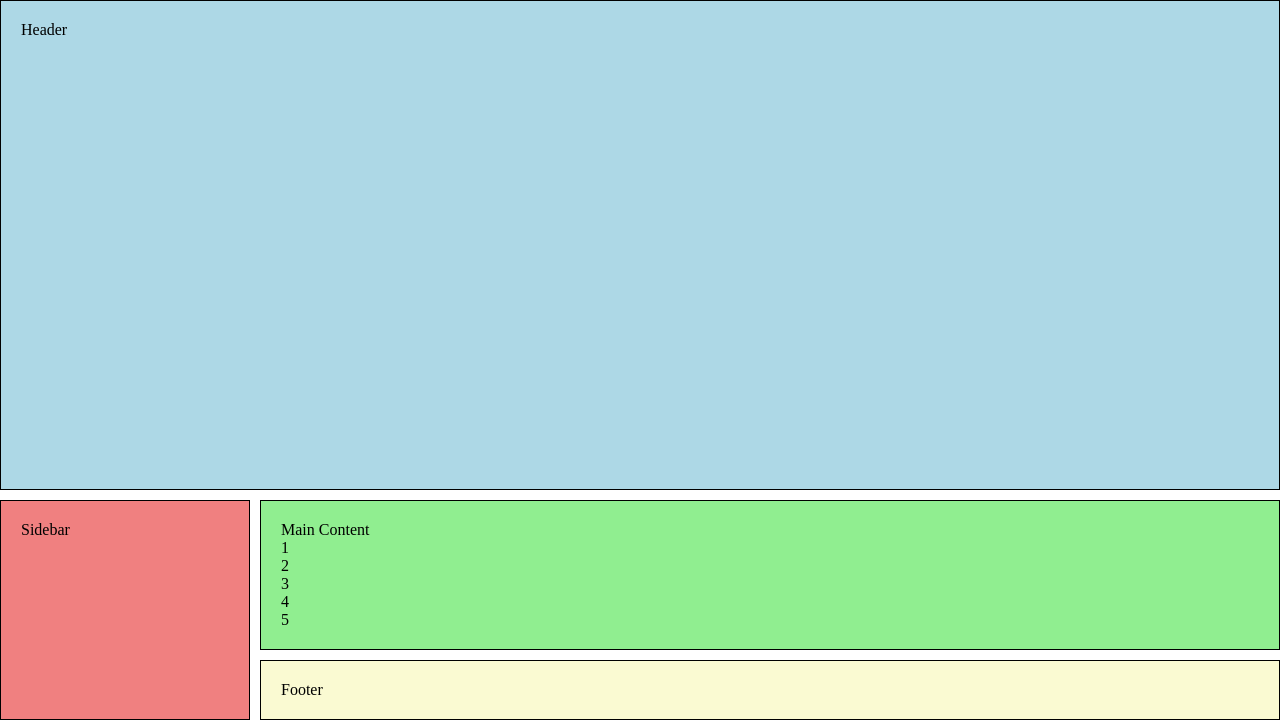
Repository: gustavotwist/desafio-grid
Page: assets/index.html
These files come from the project's save history. The page is drawn as it stood at one moment and after the next save; the edit follows.
The browser window is 1280 px wide. The pictures show the whole page.

Above is the page before, as saved 2024-08-13 20:01:11.

After the next save:
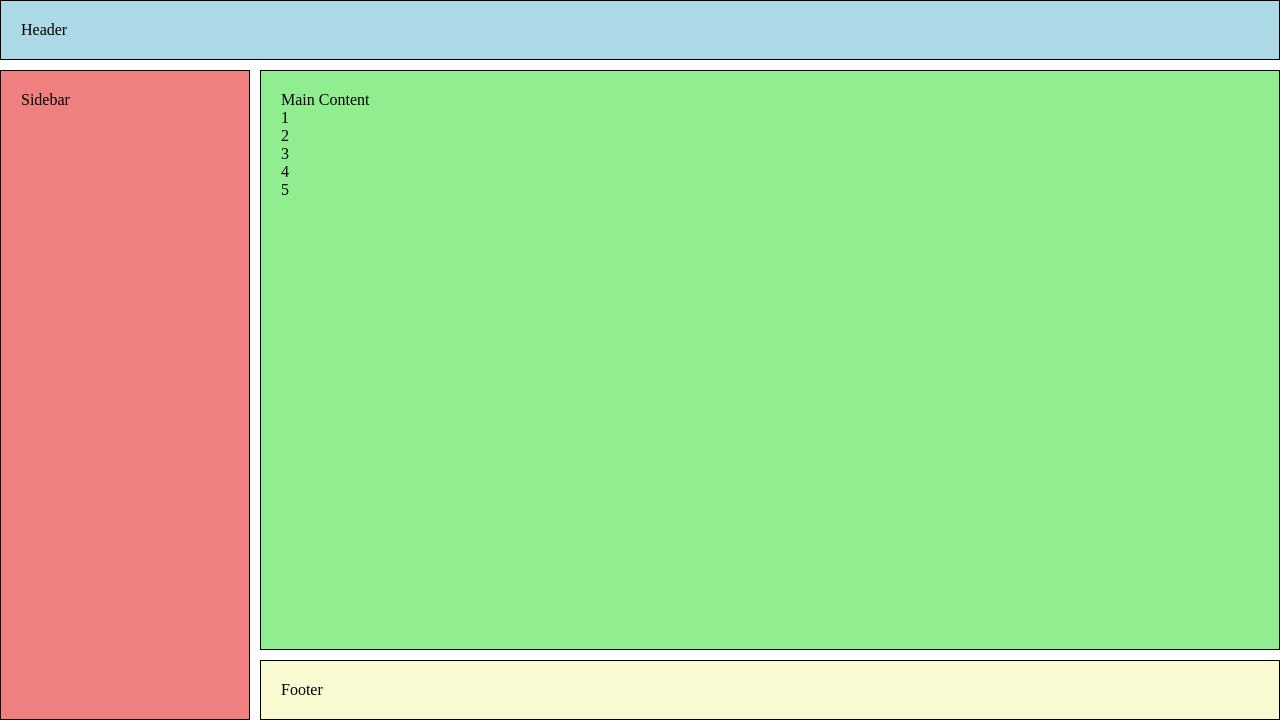
Saved 5 s later.
--- a/assets/css/style.css
+++ b/assets/css/style.css
@@ -7,7 +7,7 @@
     display: grid;
     height: 100%;
     grid-template-columns: 250px 1fr 1fr 1fr;
-    grid-template-rows:  1fr auto;
+    grid-template-rows: auto 1fr auto;
     grid-template-areas:
         "header header header header"
         "sidebar main main main"
